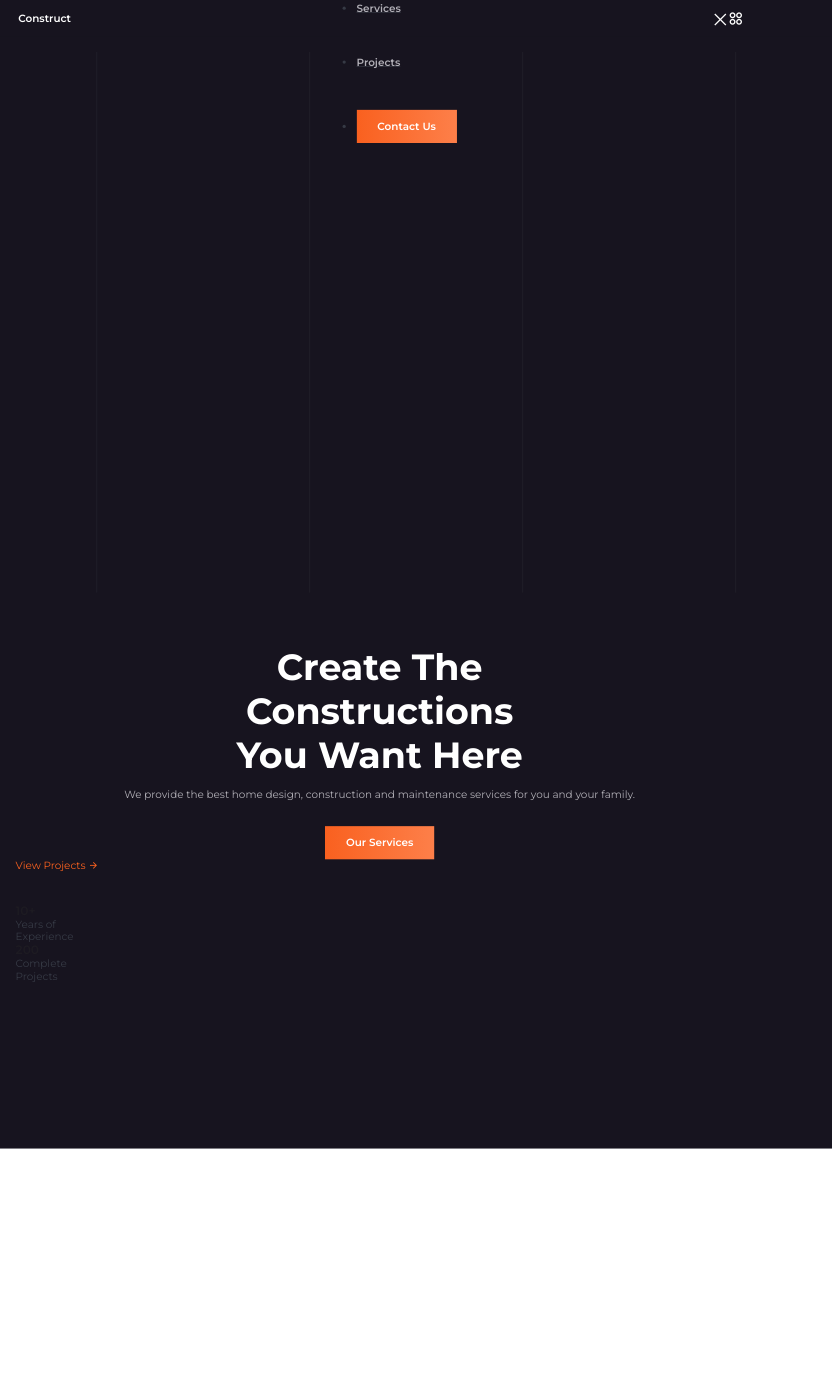
Repository: douglasabnovato/construction
Page: index.html
These files come from the project's save history. The page is drawn as it stood at one moment and after the next save; the edit follows.
The browser window is 1280 px wide. The pictures show the whole page, at 65% of full size.

Above is the page before, as saved 2025-04-29 00:49:38.

### index.html
<!DOCTYPE html>
<html lang="en">
  <head>
    <meta charset="UTF-8" />
    <meta name="viewport" content="width=device-width, initial-scale=1.0" />

    <!--=============== FAVICON ===============-->
    <link
      rel="shortcut icon"
      href="assets/img/favicon.png"
      type="image/x-icon"
    />

    <!--=============== REMIXICONS ===============-->
    <link
      rel="stylesheet"
      href="https://cdnjs.cloudflare.com/ajax/libs/remixicon/4.2.0/remixicon.css"
    />

    <!--=============== SWIPER CSS ===============-->
    <link rel="stylesheet" href="" />

    <!--=============== CSS ===============-->
    <link rel="stylesheet" href="assets/css/styles.css" />

    <title>Construction</title>
  </head>
  <body>
    <!--==================== HEADER ====================-->
    <header class="header" id="header">
      <nav class="nav container">
        <a href="#" class="nav__logo">
          <i class="ri-bulding-3-line"></i>
          <span>Construct</span>
        </a>
        <div class="nav__menu" id="nav-menu">
          <u class="nav__list">
            <li>
              <a href="#home" class="nav__link">Home</a>
            </li>
            <li>
              <a href="#aboutus" class="nav__link"> About Us</a>
            </li>
            <li>
              <a href="#services" class="nav__link"> Services</a>
            </li>
            <li>
              <a href="#projects" class="nav__link"> Projects</a>
            </li>
            <li>
              <a href="#contactus" class="nav__link button"> Contact Us</a>
            </li>
          </u>
          <!-- Close Button -->
          <div class="nav__close" id="nav-close">
            <i class="ri-close-large-line"></i>
          </div>
        </div>
        <!-- Toggle menu -->
        <div class="nav__toggle" id="nav-toggle">
          <i class="ri-apps-2-line"></i>
        </div>
      </nav>
    </header>

    <!--==================== MAIN ====================-->
    <main class="main">
      <!--==================== HOME ====================-->
      <section class="home section" id="home">
        <img
          src="./assets/img/home-lines-bg.svg"
          alt="image"
          class="home__lines"
        />
        <div class="home__container container grid">
          <div class="home__container grid">
            <div class="home__data">
              <h1 class="home__title">
                Create The<br />
                Constructions<br />
                You Want Here
              </h1>
              <p class="home__description">
                We provide the best home design, construction and maintenance
                services for you and your family.
              </p>
              <div class="home__buttons">
                <a href="#services" class="button">Our Services</a>
                <a href="#projects" class="button__link"
                  ><span>View Projects</span> <i class="ri-arrow-right-line"></i
                ></a>
              </div>
            </div>
            <div class="home__info">
              <div>
                <h3 class="home__info-title">10+</h3>
                <p class="home__info-description">
                  Years of <br />
                  Experience
                </p>
              </div>
              <div>
                <h3 class="home__info-title">200</h3>
                <p class="home__info-description">
                  Complete <br />
                  Projects
                </p>
              </div>
            </div>
          </div>
          <div class="home__images"></div>
        </div>
      </section>

      <!--==================== ABOUT ====================-->
      <section class="about section" id="about"></section>

      <!--==================== SERVICES ====================-->
      <section class="services section" id="services"></section>

      <!--==================== PROJECTS ====================-->
      <section class="projects section" id="projects"></section>

      <!--==================== CONTACT ====================-->
      <section class="contact section" id="contact"></section>
    </main>

    <!--==================== FOOTER ====================-->
    <footer class="footer"></footer>

    <!--========== SCROLL UP ==========-->

    <!--=============== SCROLLREVEAL ===============-->
    <script src=""></script>

    <!--=============== SWIPER JS ===============-->
    <script src=""></script>

    <!--=============== MAIN JS ===============-->
    <script src="assets/js/main.js"></script>
  </body>
</html>

### assets/css/styles.css
/*=============== GOOGLE FONTS ===============*/
@import url("https://fonts.googleapis.com/css2?family=Montserrat:wght@100..900&display=swap");

/*=============== VARIABLES CSS ===============*/
:root {
  --header-height: 3.5rem;

  /*========== Colors ==========*/
  /*Color mode HSL(hue, saturation, lightness)*/
  --first-color: hsl(18, 95%, 55%);
  --second-color: hsl(42, 98%, 52%);
  --first-gradient: linear-gradient(
    90deg,
    hsl(18, 95%, 55%),
    hsl(18, 98%, 64%)
  );
  --title-color: hsl(255, 12%, 12%);
  --text-color: hsl(225, 12%, 24%);
  --text-color-light: hsl(255, 4%, 70%);
  --body-color: hsl(0, 0%, 100%);
  --container-color: hsl(0, 0%, 100%);
  --white-color: hsl(0, 0%, 100%);
  --black-color: hsl(255, 20%, 10%);
  --gray-border: hsl(255, 6%, 90%);
  --black-border: hsl(255, 10%, 20%);

  /*========== Font and typography ==========*/
  /*.5rem = 8px | 1rem = 16px ...*/
  --body-font: "Montserrat", sans-serif;
  --big-font-size: 2.25rem;
  --h1-font-size: 1.5rem;
  --h2-font-size: 1.25rem;
  --h3-font-size: 1rem;
  --normal-font-size: 0.938rem;
  --small-font-size: 0.813rem;

  /*========== Font weight ==========*/
  --font-regular: 400;
  --font-medium: 500;
  --font-semi-bold: 600;
  --font-bold: 700;

  /*========== z index ==========*/
  --z-tooltip: 10;
  --z-fixed: 100;
}

/*========== Responsive typography ==========*/
@media screen and (min-width: 1150px) {
  :root {
    --big-font-size: 3.5rem;
    --h1-font-size: 2.25rem;
    --h2-font-size: 1.5rem;
    --h3-font-size: 1.25rem;
    --normal-font-size: 1rem;
    --small-font-size: 0.875rem;
  }
}

/*=============== BASE ===============*/
* {
  box-sizing: border-box;
  padding: 0;
  margin: 0;
}

html {
  scroll-behavior: smooth;
}

body {
  font-family: var(--body-font);
  font-size: var(--normal-font-size);
  background-color: var(--body-color);
  color: var(--text-color);
}

h1,
h2,
h3,
h4 {
  color: var(--title-color);
  font-weight: var(--font-semi-bold);
}

ul {
  list-style: none;
}

a {
  text-decoration: none;
}

img {
  display: block;
  max-width: 100%;
  height: auto;
}

/*=============== REUSABLE CSS CLASSES ===============*/
.container {
  max-width: 1120px;
  margin-inline: 1.5rem;
}

.grid {
  display: grid;
  gap: 1.5rem;
}

.section {
  padding-block: 5rem 1rem;
}
.section__title,
.section__subtitle {
  text-align: center;
}

.section__title {
  font-size: var(--h1-font-size);
  font-weight: var(--font-bold);
  margin-bottom: 1.5rem;
}

.section__subtitle {
  display: block;
  font-size: var(--normal-font-size);
  font-weight: var(--font-semi-bold);
  color: var(--second-color);
  margin-bottom: 0.5rem;
}

.main {
  overflow: hidden;
}

/*=============== HEADER & NAV ===============*/
.header {
  position: fixed;
  width: 100%;
  top: 0;
  left: 0;
  background-color: var(--black-color);
  z-index: var(--z-fixed);
}

.nav {
  position: relative;
  height: var(--header-height);
  display: flex;
  justify-content: space-between;
  align-items: center;
}

.nav__logo {
  display: flex;
  align-items: center;
  column-gap: 0.25rem;
}

.nav__logo span {
  color: var(--white-color);
  font-weight: var(--font-semi-bold);
  transition: color 0.4s;
}

.nav__logoi i {
  color: var(--first-color);
  font-size: 1.5rem;
}

.nav__toggle,
.nav__close {
  font-size: 1.5rem;
  color: var(--white-color);
  cursor: pointer;
  transition: color 0.4s;
}

/* Navigation for mobile devices */
@media screen and (max-width: 1150px) {
  .nav__menu {
    position: fixed;
    top: 0;
    right: -100%;
    background-color: var(--black-color);
    width: 80%;
    height: 100%;
    padding: 7.5rem 3.5rem 0;
    border-left: 2px solid var(--black-border);
    transition: right 0.4s;
  }
}

.nav__list {
  display: flex;
  flex-direction: column;
  row-gap: 4rem;
}

.nav__link {
  color: var(--text-color-light);
  font-weight: var(--font-semi-bold);
  transition: color 0.4s;
}

.nav__link:hover {
  color: var(--first-color);
}

.nav__close {
  position: absolute;
  top: 1rem;
  right: 1.5rem;
}

/* Show menu */
.show-menu {
  right: 0;
}

/* Change background header */

/* Active link */

/*=============== HOME ===============*/
.home {
  position: relative;
  background-color: var(--black-color);
}

.home__container {
  position: relative;
  row-gap: 3rem;
  padding-block: 2.5rem 6rem;
}

.home__content {
  row-gap: 2.5rem;
}

.home__data {
  text-align: center;
}

.home__title {
  color: var(--white-color);
  font-size: var(--big-font-size);
  font-weight: var(--font-bold);
  margin-bottom: 1rem;
}

.home__description{
  margin-bottom: 2.5rem;
  color: var(--text-color-light);
}

.home_buttons{
  display: flex;
  justify-content: center;
  align-items: center;
  gap: 1rem;
}

/*=============== BUTTON ===============*/
.button {
  display: inline-flex;
  background: var(--first-gradient);
  color: var(--white-color);
  font-weight: var(--font-semi-bold);
  padding: 1rem 2rem;
  transition: box-shadow .4s;
}

.button:hover{
  box-shadow: 0 8px 32px hsla(18, 95%, 55%, .3);
  color: var(--white-color);
}

.button__link {
  display: flex;
  align-items: center;
  column-gap: .25rem;
  color: var(--first-color);
}

/*=============== ABOUT ===============*/

/*=============== SERVICES ===============*/

/* Swiper class */

/*=============== PROJECTS ===============*/

/*=============== CONTACT ===============*/

/*=============== FOOTER ===============*/

/*=============== SCROLL BAR ===============*/

/*=============== SCROLL UP ===============*/

/* Show Scroll Up */

/*=============== BREAKPOINTS ===============*/
/* For small devices */

/* For medium devices */

/* For large devices */

### assets/js/main.js
/*=============== SHOW MENU ===============*/
const navMenu = document.getElementById('nav-menu'),
      navToggle = document.getElementById('nav-toggle'),
      navClose = document.getElementById('nav-close')

/* Menu show */
if(navToggle){
    navToggle.addEventListener('click', () =>{
        navMenu.classList.add('show-menu')
    })
}

/* Menu hidden */
if(navClose){
    navClose.addEventListener('click', () =>{
        navMenu.classList.remove('show-menu')
    })
}

/*=============== REMOVE MENU MOBILE ===============*/
const navLink = document.querySelectorAll('.nav__link')

const linkAction = () =>{
    const navMenu = document.getElementById('nav-menu')
    // When we click on each nav__link, we remove the show-menu class
    navMenu.classList.remove('show-menu')
}
navLink.forEach(n => n.addEventListener('click', linkAction))


/*=============== CHANGE BACKGROUND HEADER ===============*/

/*=============== SWIPER SERVICES ===============*/

/*=============== SHOW SCROLL UP ===============*/

/*=============== SCROLL SECTIONS ACTIVE LINK ===============*/

/*=============== SCROLL REVEAL ANIMATION ===============*/

After the next save:
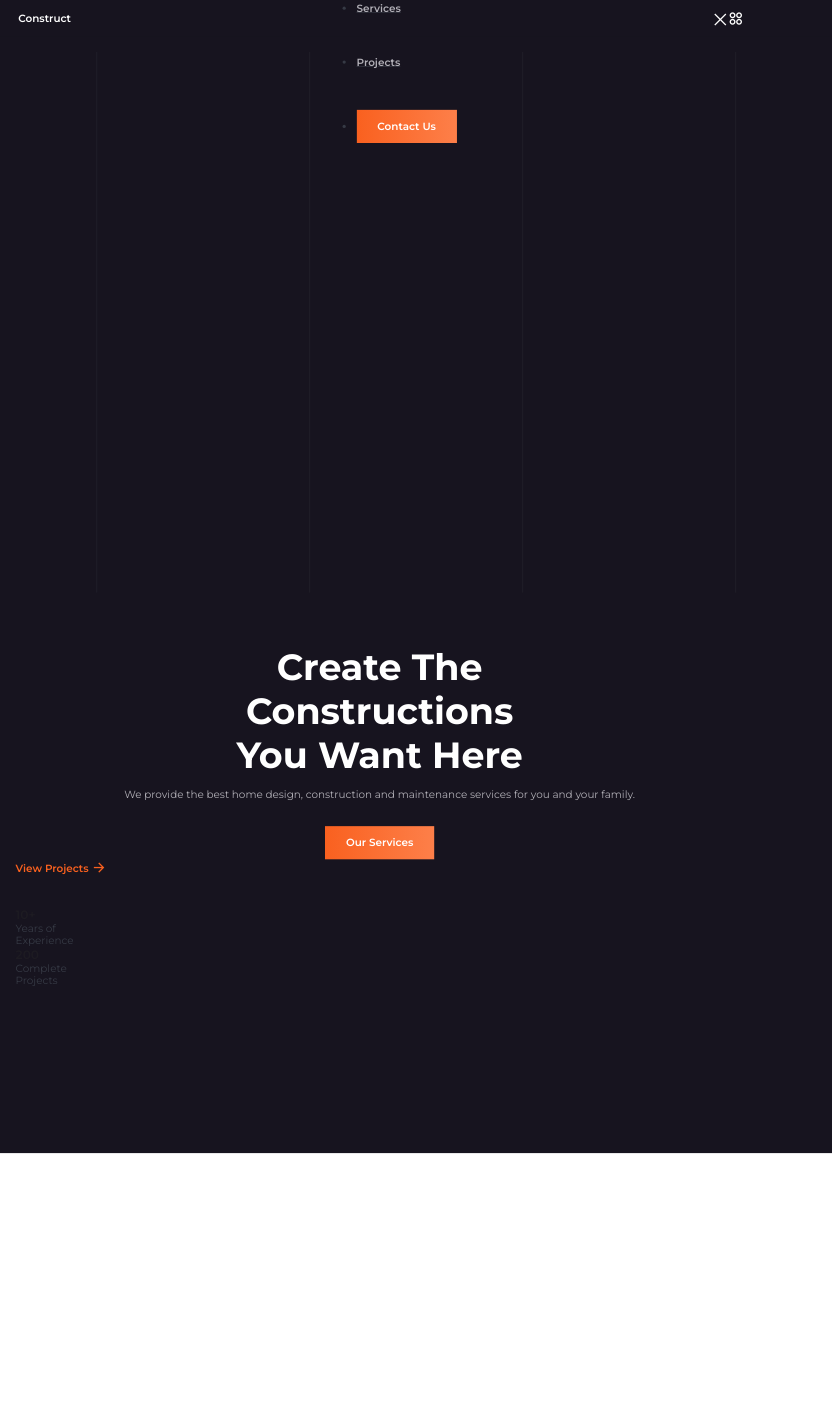
Saved 73 s later.
--- a/assets/css/styles.css
+++ b/assets/css/styles.css
@@ -284,6 +284,15 @@ img {
   color: var(--first-color);
 }
 
+.button__link span{
+  font-weight: var(--font-semi-bold);
+}
+
+.button__link i {
+  font-size: 1.5rem;
+  transition: transform .4s;
+}
+
 /*=============== ABOUT ===============*/
 
 /*=============== SERVICES ===============*/
